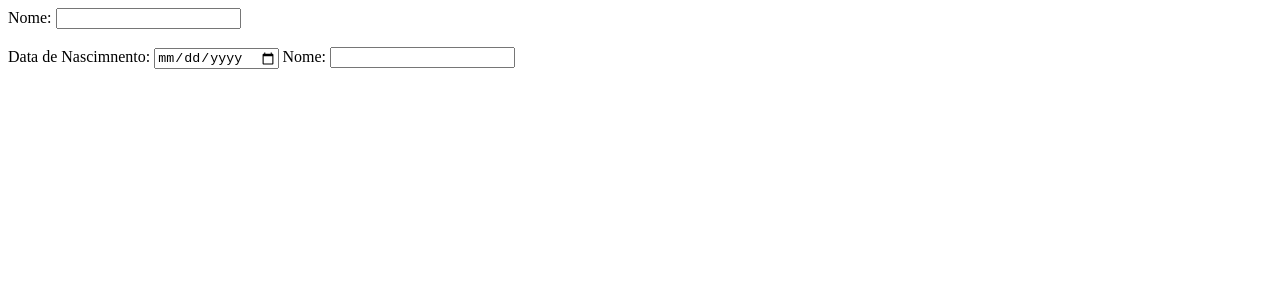
Repository: HigorRoc/Uninove_2021.1_AplicacaoWebQuarta
Page: usersManager/WebContent/formCadastro.html
An editor plug-in stored every save of this project. The page is shown before and after the next save, followed by the edit.
The browser window is 1280 px wide. The pictures show the whole page.

Above is the page before, as saved 2021-05-13 00:14:16.

After the next save:
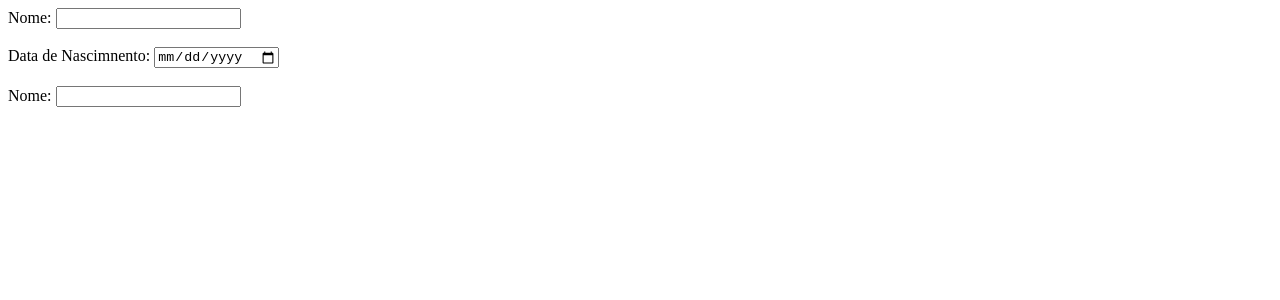
Saved 8 s later.
--- a/usersManager/WebContent/formCadastro.html
+++ b/usersManager/WebContent/formCadastro.html
@@ -7,8 +7,8 @@
 <body>
 	<form>
 		Nome: <input type="text" name="txtnome"><br><br>
-		Data de Nascimnento: <input type="date" name="txtdatanascimento">
-		Nome: <input type=" name="txtnome">
+		Data de Nascimnento: <input type="date" name="txtdatanascimento"><br><br>
+		Nome: <input type=" name="txtnome"><br><br>
 	</form>
 </body>
 </html>
